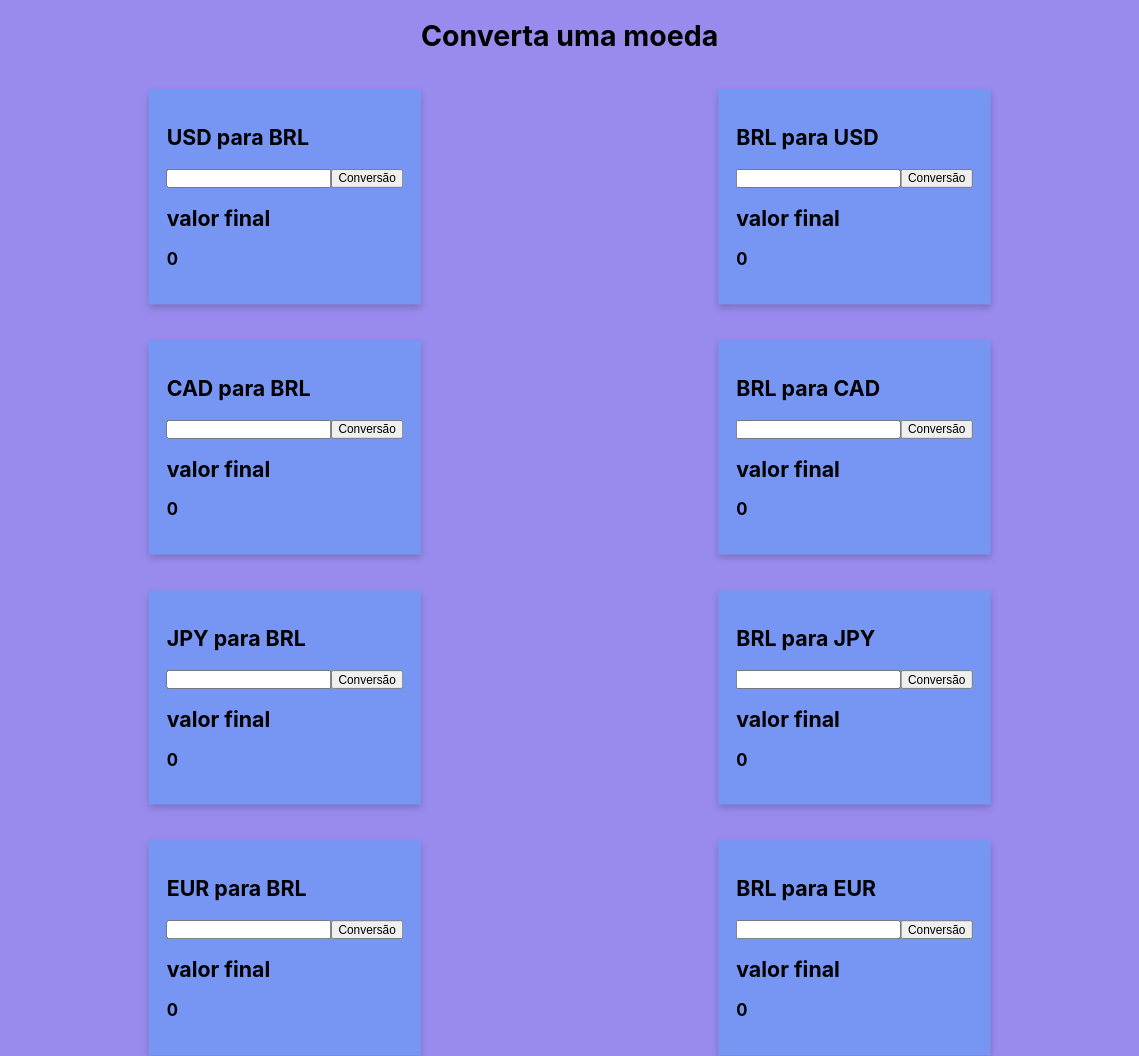
Repository: DeanLemosXD/Currency-converter
Page: /
The author's editor kept a copy of each file at every save. The page is drawn from the files as they stood at one save, then again after the next save.
The browser window is 1280 px wide. The pictures show the whole page, at 89% of full size.
The project was rebuilt for these pictures with package versions that can differ from the ones it lists, and the page was loaded fresh each time.

Above is the page before, as saved 2021-10-19 18:24:04.

After the next save:
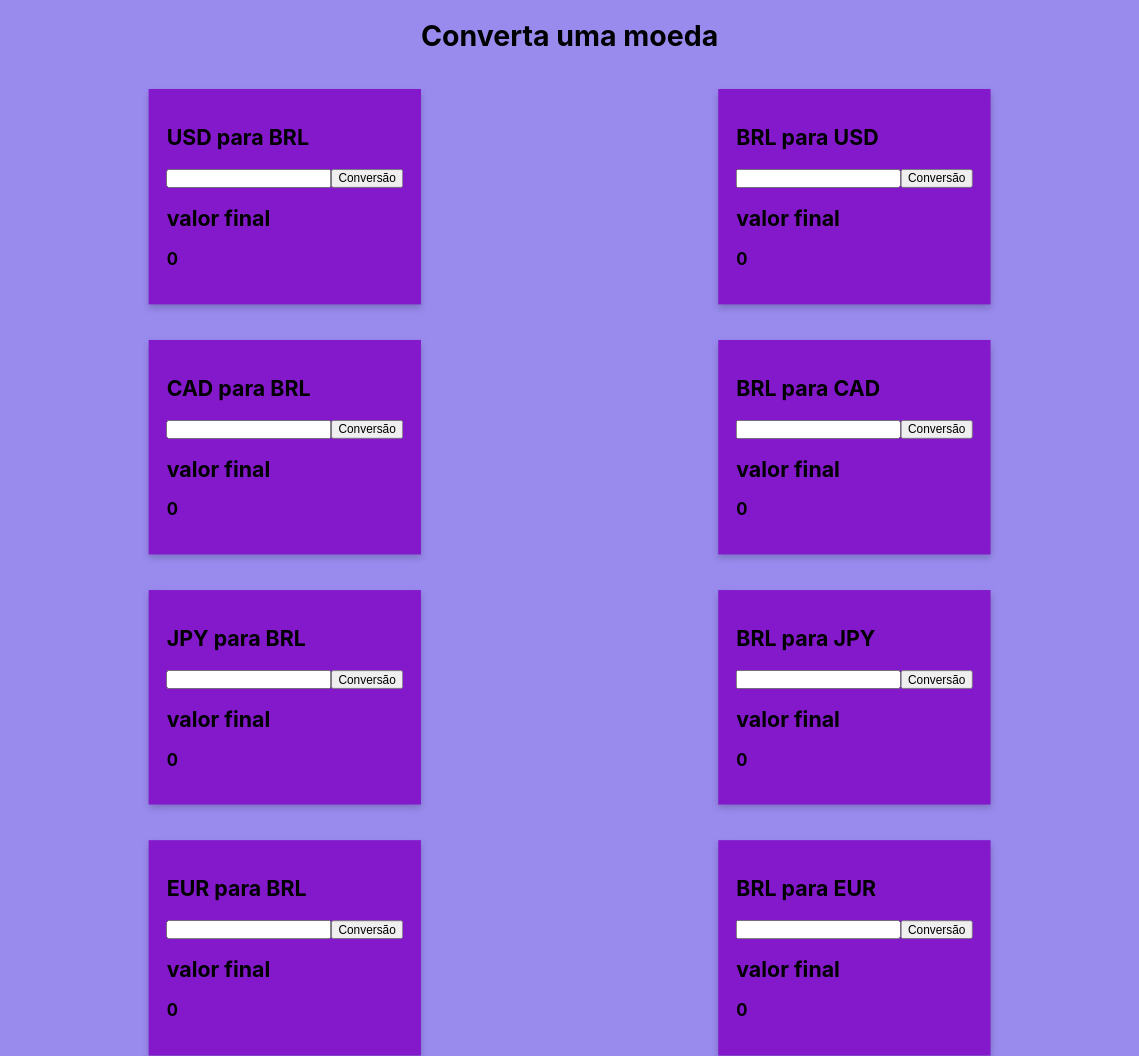
Saved 13 s later.
--- a/src/components/conversor.css
+++ b/src/components/conversor.css
@@ -2,5 +2,5 @@
         padding: 20px;
         max-width: 300px;
         box-shadow: 0 4px 8px 0 rgba(0, 0, 0, 0.2);
-        background-color: rgb(119, 150, 243);
+        background-color: rgb(132, 25, 204);
 }
